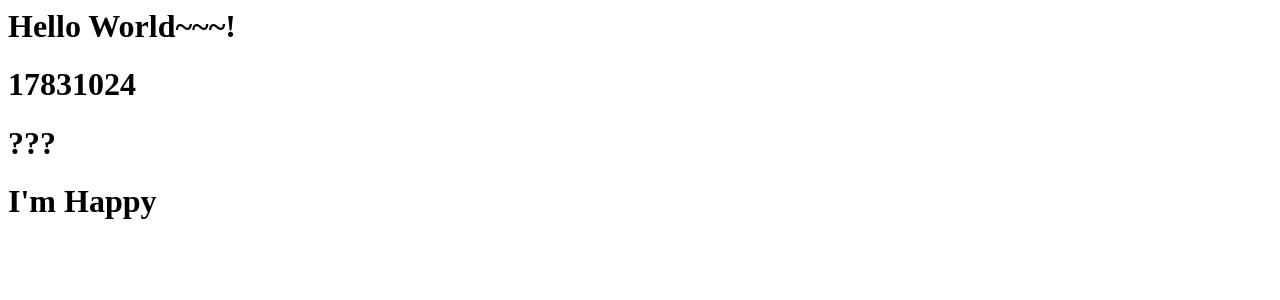
Repository: hyun5292/school
Page: http://localhost/PSH_1005/HelloWorld
An editor plug-in stored every save of this project. The page is shown before and after the next save, followed by the edit.
The browser window is 1280 px wide. The pictures show the whole page.
The page is served by Tomcat 9. Other server files are loaded and not shown.

Above is the page before, as saved 2018-10-05 08:24:44.

### JSP2-2/PSH_1005/PSH_1005/src/com/jsp/ex/HelloWorld.java
package com.jsp.ex;

import java.io.IOException;
import java.io.PrintWriter;

import javax.servlet.ServletException;
import javax.servlet.annotation.WebServlet;
import javax.servlet.http.HttpServlet;
import javax.servlet.http.HttpServletRequest;
import javax.servlet.http.HttpServletResponse;

/**
 * Servlet implementation class HelloWorld
 */
@WebServlet("/HelloWorld")
public class HelloWorld extends HttpServlet {
	private static final long serialVersionUID = 1L;

    /**
     * @see HttpServlet#HttpServlet()
     */
    public HelloWorld() {
        super();
        // TODO Auto-generated constructor stub
    }

	/**
	 * @see HttpServlet#doGet(HttpServletRequest request, HttpServletResponse response)
	 */
	protected void doGet(HttpServletRequest request, HttpServletResponse response) throws ServletException, IOException {
		// TODO Auto-generated method stub
		//response.getWriter().append("Served at: ").append(request.getContextPath());
		System.out.println("doGet");
		System.out.println("17831024");
		System.out.println("박수현");

		request.setCharacterEncoding("EUC_KR");
		response.setContentType("text/html charset=euc-kr");
		PrintWriter writer = response.getWriter();

		writer.println("<html>");
		writer.println("<head>");
		writer.println("</head>");
		writer.println("<body>");
		writer.println("<h1>Hello World~~~!</h1>");
		writer.println("<h1>17831024</h1>");
		writer.println("<h1>박수현</h1>");
		writer.println("<h1>I'm Happy</h1>");
		writer.println("</body>");
		writer.println("</html>");
		writer.close();
	}

	/**
	 * @see HttpServlet#doPost(HttpServletRequest request, HttpServletResponse response)
	 */
	protected void doPost(HttpServletRequest request, HttpServletResponse response) throws ServletException, IOException {
		// TODO Auto-generated method stub
		//doGet(request, response);
		System.out.println("doPost");
	}

}

After the next save:
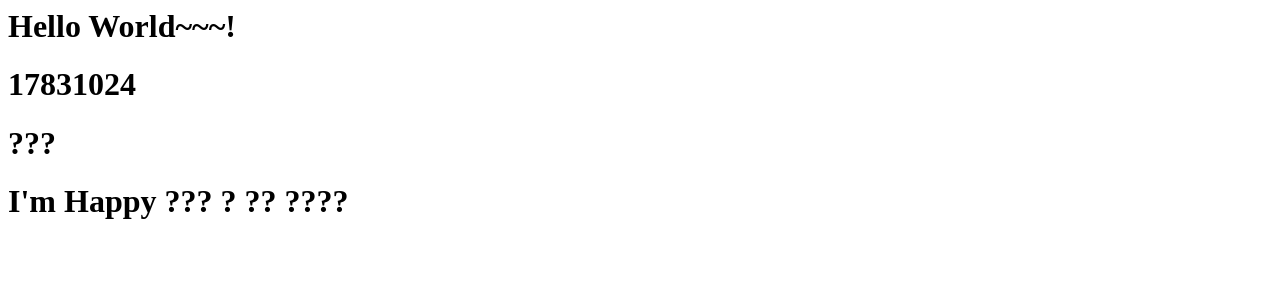
Saved 26 s later.
--- a/JSP2-2/PSH_1005/PSH_1005/src/com/jsp/ex/HelloWorld.java
+++ b/JSP2-2/PSH_1005/PSH_1005/src/com/jsp/ex/HelloWorld.java
@@ -45,7 +45,7 @@
 		writer.println("<h1>Hello World~~~!</h1>");
 		writer.println("<h1>17831024</h1>");
 		writer.println("<h1>박수현</h1>");
-		writer.println("<h1>I'm Happy</h1>");
+		writer.println("<h1>I'm Happy 하지만 난 집에 가고싶당</h1>");
 		writer.println("</body>");
 		writer.println("</html>");
 		writer.close();

After the save that followed:
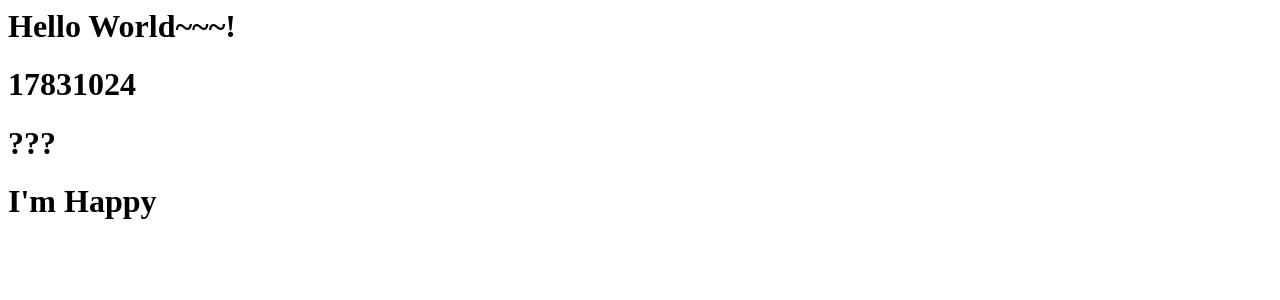
Saved 61 s later.
--- a/JSP2-2/PSH_1005/PSH_1005/src/com/jsp/ex/HelloWorld.java
+++ b/JSP2-2/PSH_1005/PSH_1005/src/com/jsp/ex/HelloWorld.java
@@ -45,7 +45,7 @@
 		writer.println("<h1>Hello World~~~!</h1>");
 		writer.println("<h1>17831024</h1>");
 		writer.println("<h1>박수현</h1>");
-		writer.println("<h1>I'm Happy 하지만 난 집에 가고싶당</h1>");
+		writer.println("<h1>I'm Happy</h1>");
 		writer.println("</body>");
 		writer.println("</html>");
 		writer.close();
